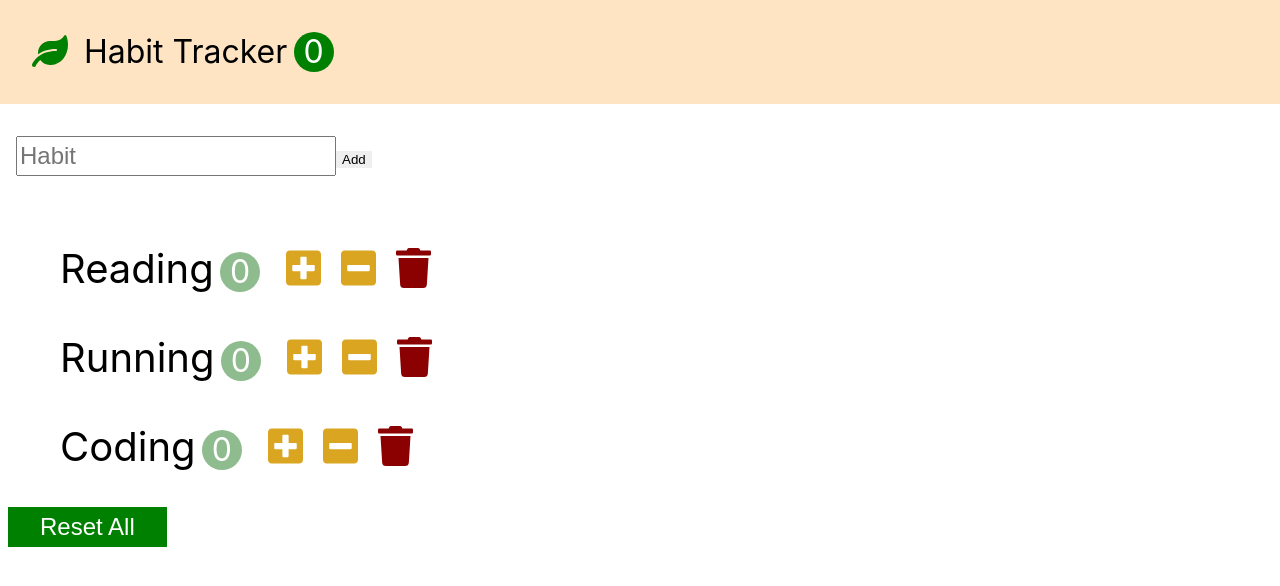
Repository: keehoonjung/react-habit-tracker
Page: / (app in react/habit-tracker/)
These files come from the project's save history. The page is drawn as it stood at one moment and after the next save; the edit follows.
The browser window is 1280 px wide. The pictures show the whole page.
The project was rebuilt for these pictures with package versions that can differ from the ones it lists, and the page was loaded fresh each time.

Above is the page before, as saved 2021-08-30 19:37:31.

### react/habit-tracker/public/index.html
<!DOCTYPE html>
<html lang="en">
  <head>
    <meta charset="utf-8" />
    <link rel="icon" href="%PUBLIC_URL%/favicon.ico" />
    <meta name="viewport" content="width=device-width, initial-scale=1" />
    <meta name="theme-color" content="#000000" />
    <meta
      name="description"
      content="Web site created using create-react-app"
    />
    <link rel="apple-touch-icon" href="%PUBLIC_URL%/logo192.png" />
    <title>App</title>
  </head>
  <body>
    <noscript>You need to enable JavaScript to run this app.</noscript>
    <div id="root"></div>
  </body>
</html>

### react/habit-tracker/src/app.jsx
import React, { Component } from "react";
import { textChangeRangeIsUnchanged } from "typescript";
import "./app.css";
import Habits from "./components/habits";
import Navbar from "./components/navbar";

class App extends Component {
  state = {
    habits: [
      { id: 1, name: "Reading", count: 0 },
      { id: 2, name: "Running", count: 0 },
      { id: 3, name: "Coding", count: 0 },
    ],
  };

  handleIncrement = (habit) => {
    const habits = [...this.state.habits];
    const index = habits.indexOf(habit);
    habits[index].count++;
    this.setState({ habits });
  };
  handledecrement = (habit) => {
    const habits = [...this.state.habits];
    const index = habits.indexOf(habit);
    const count = habits[index].count - 1;
    habits[index].count = count < 0 ? 0 : count;
    this.setState({ habits });
  };
  handleDelete = (habit) => {
    const habits = this.state.habits.filter((item) => item.id !== habit.id);
    this.setState({ habits });
  };
  addItem = () => {
    const habits = [...this.state.habits];
    const input = document.querySelector("input");
    console.log(this.newID());
    const newItem = { id: this.newID(), name: input.value, count: 0 };
    habits.push(newItem);
    input.value = "";
    this.setState({ habits });
  };

  resetAll = () => {
    const habits = [...this.state.habits];
    habits.forEach((habit) => {
      habit.count = 0;
    });
    this.setState({ habits });
  };

  newID = () => {
    return Math.floor(Math.random() * (10000 - 4) + 4);
  };

  render() {
    return (
      <>
        <Navbar
          totalScore={
            this.state.habits.filter((habit) => habit.count > 0).length
          }
        />
        <div className="add-form">
          <input type="text" className="add-input" placeholder="Habit" />
          <button className="add-button" onClick={this.addItem}>
            Add
          </button>
        </div>
        <Habits
          habits={this.state.habits}
          OnIncrement={this.handleIncrement}
          Ondecrement={this.handledecrement}
          OnDelete={this.handleDelete}
        />
        <button className="reset-button" onClick={this.resetAll}>
          Reset All
        </button>
      </>
    );
  }
}

export default App;

### react/habit-tracker/src/app.css
* {
  box-sizing: border-box;
}
button {
  outline: none;
  border: 0;
  cursor: pointer;
}

.header {
  background-color: bisque;
  font-size: 2rem;
  padding: 2rem 2rem;
}

.fa-leaf {
  color: green;
  margin-right: 1rem;
}

.header-count {
  display: inline-block;
  text-align: center;
  width: 2.5rem;
  height: 2.5rem;
  line-height: 2.5rem;
  font-size: 2rem;
  margin-left: 0.2em;
  margin-right: 0.5em;
  background-color: green;
  color: white;
  border-radius: 50%;
}

.add-form {
  width: 100%;
  padding: 2rem 1rem;
}

.add-input {
  font-size: 1.5rem;
  width: 20rem;
  height: 2.5rem;
}

.habit-input {
  font-size: 1.5rem;
  height: 2.8rem;
  width: 4rem;
  margin-left: 0.5rem;
  background-color: green;
  color: white;
}

.habit {
  font-size: 2.5rem;
  padding: 0.5em;
  list-style: none;
}

.habit-count {
  display: inline-block;
  text-align: center;
  width: 2.5rem;
  height: 2.5rem;
  line-height: 2.5rem;
  font-size: 2rem;
  margin-left: 0.2em;
  margin-right: 0.5em;
  background-color: darkseagreen;
  color: white;
  border-radius: 50%;
}

.habit-button {
  font-size: 2.5rem;
  margin: 0 0.1em;
  background-color: transparent;
}

.habit-button:hover {
  opacity: 0.8;
}

.habit-increase,
.habit-decrease {
  color: goldenrod;
}

.habit-delete {
  color: darkred;
}

.reset-button {
  font-size: 1.5rem;
  height: 2.5rem;
  padding: 0 2rem;
  margin-left: 0.5rem;
  background-color: green;
  color: white;
}

### react/habit-tracker/src/components/habits.jsx
import React, { Component } from "react";
import Habit from "./habit";

class Habits extends Component {
  render() {
    return (
      <ul>
        {this.props.habits.map((habit) => (
          <Habit
            key={habit.id}
            habit={habit}
            OnhandleIncrement={this.props.OnIncrement}
            Onhandledecrement={this.props.Ondecrement}
            OnhandleDelete={this.props.OnDelete}
          />
        ))}
      </ul>
    );
  }
}

export default Habits;

### react/habit-tracker/src/components/navbar.jsx
import React, { Component } from "react";

class Navbar extends Component {
  render() {
    return (
      <nav className="header">
        <i className="fas fa-leaf"></i>
        <span className="header-title">Habit Tracker</span>
        <span className="header-count">{this.props.totalScore}</span>
      </nav>
    );
  }
}

export default Navbar;

### react/habit-tracker/src/components/habit.jsx
import React, { Component } from "react";

class Habit extends Component {
  handleIncrement = () => {
    // this.setState({ count: this.state.count + 1 });
    this.props.OnhandleIncrement(this.props.habit);
  };

  handledecrement = () => {
    this.props.Onhandledecrement(this.props.habit);
  };
  handleDelete = () => {
    this.props.OnhandleDelete(this.props.habit);
  };
  render() {
    const { name, count } = this.props.habit;
    return (
      <li className="habit">
        <span className="habit-name">{name}</span>
        <span className="habit-count">{count}</span>
        <button
          className="habit-button habit-increase"
          onClick={this.handleIncrement}
        >
          <i className="fas fa-plus-square"></i>
        </button>
        <button
          className="habit-button habit-decrease"
          onClick={this.handledecrement}
        >
          <i className="fas fa-minus-square"></i>
        </button>
        <button
          className="habit-button habit-delete"
          onClick={this.handleDelete}
        >
          <i className="fas fa-trash"></i>
        </button>
      </li>
    );
  }
}

export default Habit;

Loaded but not shown: react/habit-tracker/src/index.js (common file); react/habit-tracker/src/index.css (common file)

After the next save:
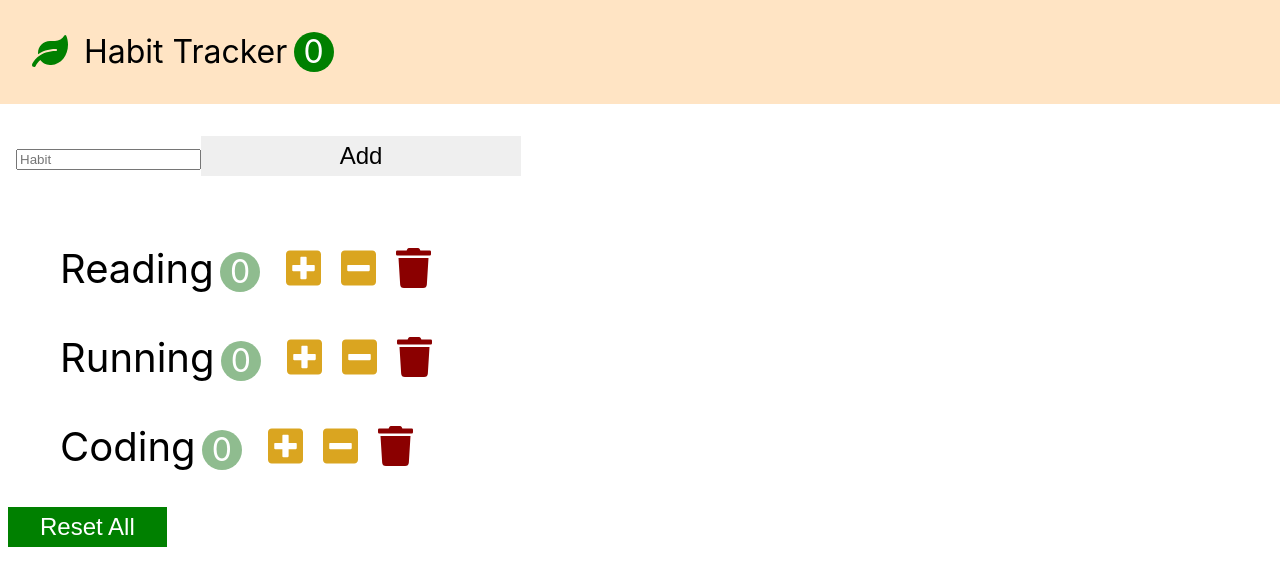
Saved 5 s later.
--- a/react/habit-tracker/src/app.css
+++ b/react/habit-tracker/src/app.css
@@ -37,7 +37,7 @@ button {
   padding: 2rem 1rem;
 }
 
-.add-input {
+.add-button {
   font-size: 1.5rem;
   width: 20rem;
   height: 2.5rem;
